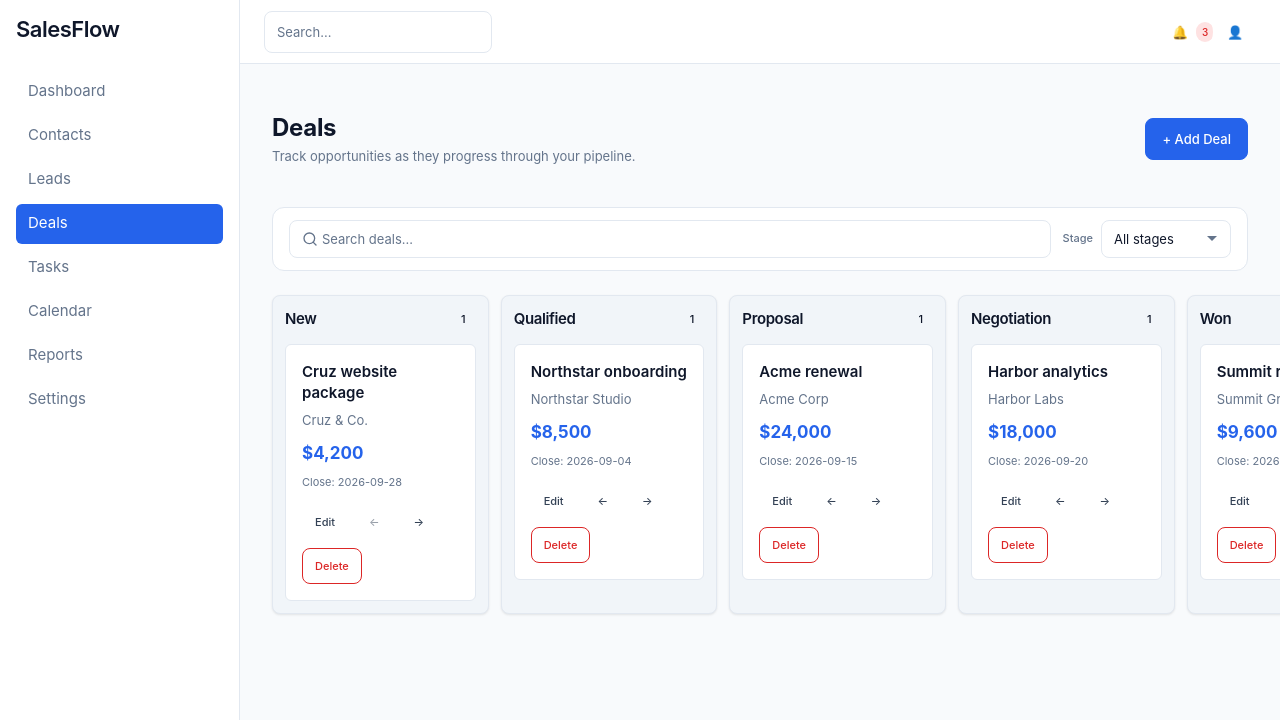
Repository: lawrencegonzaga-dev/salesflow-crm
Page: /deals
An editor plug-in stored every save of this project. The page is shown before and after the next save, followed by the edit.
The browser window is 1280 px wide. The pictures show the whole page.
The project was rebuilt for these pictures with package versions that can differ from the ones it lists, and the page was loaded fresh each time. Also part of the build but not shown: vite.config.js, src/components/StatCard.jsx, src/components/DashboardLeads.jsx, src/components/DashboardDeals.jsx, src/components/DashboardTasks.jsx, src/components/RecentActivity.jsx, src/pages/Dashboard.jsx, src/components/ContactForm.jsx and 25 more.

Above is the page before, as saved 2026-08-18 00:19:10.

### index.html
<!doctype html>
<html lang="en">
  <head>
    <meta charset="UTF-8" />
    <link rel="icon" type="image/svg+xml" href="/favicon.svg" />
    <meta name="viewport" content="width=device-width, initial-scale=1.0" />
    <title>salesflow-crm</title>
  </head>
  <body>
    <div id="root"></div>
    <script type="module" src="/src/main.jsx"></script>
  </body>
</html>

### src/main.jsx
/* ========================================================= */
/* FILE: src/main.jsx */
/* ========================================================= */

import { StrictMode } from 'react';
import { createRoot } from 'react-dom/client';

import "./styles/main.css";
import App from './App.jsx';
import { CRMProvider } from "./context/CRMContext.jsx";

createRoot(document.getElementById('root')).render(
    <StrictMode>
        <CRMProvider>
            <App />
        </CRMProvider>
    </StrictMode>,
);

### src/styles/main.css
@import "./reset.css";
@import "./variables.css";
@import "./base.css";
@import "./layout.css";
@import "./utilities.css";

@import "./components/sidebar.css";
@import "./components/header.css";
@import "./components/toolbar.css";
@import "./components/button.css";
@import "./components/form.css";
@import "./components/card.css";
@import "./components/badge.css";
@import "./components/table.css";
@import "./components/modal.css";
@import "./components/kanban.css";
@import "./components/calendar.css";
@import "./components/leads.css";
@import "./crm.css";

/* main.css */

### src/App.jsx
/* ========================================================= */
/* FILE: src/App.jsx */
/* ========================================================= */

import { BrowserRouter, Routes, Route } from "react-router-dom";

import Dashboard from "./pages/Dashboard";
import Contacts from "./pages/Contacts";
import Leads from "./pages/Leads";
import Deals from "./pages/Deals";
import Tasks from "./pages/Tasks";
import Calendar from "./pages/Calendar";
import Reports from "./pages/Reports";
import Settings from "./pages/Settings";
import AppLayout from "./layouts/AppLayout";

function App() {
    return (
        <BrowserRouter>
            <Routes>
                <Route element={<AppLayout />}>
                    <Route path="/" element={<Dashboard />} />
                    <Route path="/dashboard" element={<Dashboard />} />
                    <Route path="/contacts" element={<Contacts />} />
                    <Route path="/leads" element={<Leads />} />
                    <Route path="/deals" element={<Deals />} />
                    <Route path="/tasks" element={<Tasks />} />
                    <Route path="/calendar" element={<Calendar />} />
                    <Route path="/reports" element={<Reports />} />
                    <Route path="/settings" element={<Settings />} />
                </Route>
            </Routes>
        </BrowserRouter>
    );
}

export default App;

### src/styles/reset.css
*,
*::before,
*::after {
  box-sizing: border-box;
}

html {
  -webkit-text-size-adjust: 100%;
}

body {
  margin: 0;
  background: var(--color-page);
  color: var(--color-text);
  font-family: var(--font-family);
  font-size: 16px;
  line-height: 1.5;

  -webkit-font-smoothing: antialiased;
  text-rendering: optimizeLegibility;
}

#root {
  min-height: 100vh;
}

h1, h2, h3, h4, h5, h6, p {
  margin: 0;
}

img, svg, video {
  display: block;
  max-width: 100%;
}

a {
  color: inherit;
}

### src/styles/utilities.css
.container {
  width: min(100%, var(--content-max-width));
  margin-inline: auto;
}

.visually-hidden {
  position: absolute;
  width: 1px;
  height: 1px;
  padding: 0;
  margin: -1px;
  overflow: hidden;
  clip: rect(0, 0, 0, 0);
  white-space: nowrap;
  border: 0;
}

### src/styles/components/sidebar.css
.app-sidebar {
  width: var(--sidebar-width);
  height: 100vh;

  padding: var(--sidebar-padding);

  display: flex;
  flex-direction: column;

  background: var(--color-surface);
  border-right: 1px solid var(--color-border);
  color: var(--color-text);
}

.app-sidebar h2 {
  margin: 0 0 28px;
  font-size: 22px;
  letter-spacing: -.5px;
}

.sidebar-nav {
  display: flex;
  flex-direction: column;
  gap: 4px;

  overflow-y: auto;
}

.sidebar-nav_item {
  min-height: var(--nav-item-height);

  display: flex;
  align-items: center;

  padding: var(--nav-item-padding);
  gap: var(--nav-item-gap);

  color: var(--color-text-muted);
  text-decoration: none;
  border-radius: var(--radius-sm);

  transition: background var(--transition-fast), color var(--transition-fast);
}

.sidebar-nav_item:hover {
  background: var(--color-surface-muted);
  color: var(--color-text);
}

.sidebar-nav_item.active {
  background: var(--color-action);
  color: white;
}

### src/styles/components/header.css
.app-header {
  height: var(--header-height);

  display: flex;
  align-items: center;
  justify-content: space-between;

  padding: var(--header-padding);

  background: var(--color-surface);
  border-bottom: 1px solid var(--color-border);
  color: var(--color-text);
}

.app-header_left,
.app-header_right {
  display: flex;
  align-items: center;
  gap: var(--header-item-gap);
}

.menu-button {
  display: none;
}

@media (max-width: 768px) {
  .app-header {
    padding: 0 16px;
  }

  .app-header_right {
    display: none;
  }

  .menu-button {
    display: inline-grid;
    width: 40px;
    height: 40px;
    place-items: center;
    padding: 0;
    font-size: 20px;
    border-radius: var(--radius-sm);
  }
}
/* header.css */

### src/styles/components/toolbar.css
/* ========================================================= */
/* FILE: src/styles/components/toolbar.css */
/* ========================================================= */

.toolbar {
  display: flex;
  flex-wrap: wrap;
  align-items: center;
  gap: var(--space-3);
  padding: var(--space-3) var(--space-4);
  background: var(--color-surface);
  border: 1px solid var(--color-border);
  border-radius: var(--radius-lg);
}

.toolbar .search-field {
  flex: 1 1 260px;
  min-width: 160px;
}

.toolbar .search-field input {
  min-height: 38px;
  height: 38px;
  padding-left: var(--space-8);
  background-image: url("data:[embedded picture, 278 characters]");
  background-repeat: no-repeat;
  background-position: var(--space-3) center;
  background-size: 16px;
}

.toolbar .filter-group {
  display: flex;
  align-items: center;
  gap: var(--space-2);
}

.toolbar .filter-group label {
  font-size: var(--text-xs);
  font-weight: var(--font-weight-medium);
  color: var(--color-text-muted);
  white-space: nowrap;
}

.toolbar select {
  min-height: 38px;
  height: 38px;
  min-width: 130px;
}

/* ================================
   TOOLBAR VARIANTS
   ================================ */

.toolbar--compact {
  padding: var(--space-2) var(--space-3);
  gap: var(--space-2);
}

.toolbar--compact select {
  min-height: 34px;
  height: 34px;
  min-width: 110px;
  font-size: var(--text-xs);
}

.toolbar--compact .search-field input {
  min-height: 34px;
  height: 34px;
  font-size: var(--text-xs);
}

/* ================================
   PAGE TOOLBAR
   ================================ */

.page-toolbar {
  display: flex;
  align-items: center;
  justify-content: space-between;
  gap: var(--space-4);
  flex-wrap: wrap;
}

.page-toolbar-left,
.page-toolbar-right {
  display: flex;
  align-items: center;
  gap: var(--space-3);
  flex-wrap: wrap;
}

/* ================================
   RESPONSIVE
   ================================ */

@media (max-width: 768px) {
  .toolbar {
    flex-direction: column;
    align-items: stretch;
  }

  .toolbar .search-field {
    flex: 1 1 auto;
    min-width: auto;
  }

  .toolbar .filter-group {
    flex-wrap: wrap;
  }

  .toolbar select {
    flex: 1 1 auto;
    min-width: auto;
  }

  .page-toolbar {
    flex-direction: column;
    align-items: stretch;
  }

  .page-toolbar-left,
  .page-toolbar-right {
    flex-wrap: wrap;
  }
}

/* toolbar.css */

### src/styles/components/card.css
.card,
.stat-card,
.kanban-column {
  background: var(--color-surface);
  border: 1px solid var(--color-border);
  border-radius: var(--radius-lg);
  box-shadow: var(--shadow-sm);
  transition: all var(--transition-base);
}

.card {
  padding: var(--card-padding);
}

.card:hover {
  box-shadow: var(--shadow-md);
}

.card--elevated {
  box-shadow: var(--shadow-md);
}

.card--elevated:hover {
  box-shadow: var(--shadow-lg);
}

.card--bordered {
  border-width: 2px;
}

.card--interactive {
  cursor: pointer;
}

.card--interactive:hover {
  border-color: var(--color-action);
  box-shadow: var(--shadow-md);
  transform: translateY(-2px);
}

.card-header,
.card_header {
  display: flex;
  align-items: flex-start;
  justify-content: space-between;
  gap: var(--space-4);
  margin-bottom: var(--space-4);
}

.card-header--center {
  align-items: center;
}

.card-title {
  font-size: var(--text-lg);
  font-weight: var(--font-weight-semibold);
  color: var(--color-text);
  margin: 0;
}

.card-subtitle {
  font-size: var(--text-sm);
  color: var(--color-text-muted);
  margin-top: var(--space-1);
}

.card-body,
.card_body {
  width: 100%;
}

.card-footer {
  display: flex;
  align-items: center;
  justify-content: flex-end;
  gap: var(--space-3);
  margin-top: var(--space-4);
  padding-top: var(--space-4);
  border-top: 1px solid var(--color-border);
}

.stat-card {
  display: grid;
  gap: var(--space-1);
  padding: var(--card-padding);
}

.stat-card:hover {
  box-shadow: var(--shadow-md);
}

.stat-card .stat-label {
  font-size: var(--text-sm);
  color: var(--color-text-muted);
  font-weight: var(--font-weight-medium);
}

.stat-card .stat-value {
  font-size: var(--text-3xl);
  font-weight: var(--font-weight-bold);
  color: var(--color-text);
  line-height: 1.2;
}

.stat-card .stat-detail {
  font-size: var(--text-sm);
  color: var(--color-text-muted);
}

.stat-card .stat-change {
  display: inline-flex;
  align-items: center;
  gap: var(--space-1);
  font-size: var(--text-sm);
  font-weight: var(--font-weight-medium);
  padding: var(--space-0-5) var(--space-2);
  border-radius: var(--radius-full);
}

.stat-card .stat-change--positive {
  color: var(--color-success);
  background: var(--color-success-light);
}

.stat-card .stat-change--negative {
  color: var(--color-danger);
  background: var(--color-danger-light);
}

@media (max-width: 768px) {
  .card {
    padding: var(--card-padding-sm);
  }

  .stat-card {
    padding: var(--card-padding-sm);
  }

  .stat-card .stat-value {
    font-size: var(--text-2xl);
  }

  .card-header {
    flex-direction: column;
    align-items: flex-start;
  }
}

### src/styles/components/badge.css
/* ========================================================= */
/* FILE: src/styles/components/badge.css */
/* ========================================================= */

.badge {
  display: inline-flex;
  align-items: center;
  gap: var(--space-1);
  min-height: 24px;
  padding: 0 var(--space-2-5);
  font-size: var(--text-xs);
  font-weight: var(--font-weight-medium);
  line-height: 1;
  border-radius: var(--radius-full);
  white-space: nowrap;
  transition: all var(--transition-fast);
}

/* ================================
   BADGE VARIANTS
   ================================ */

.badge--primary {
  color: var(--color-action);
  background: var(--color-action-light);
}

.badge--success {
  color: var(--color-success);
  background: var(--color-success-light);
}

.badge--warning {
  color: var(--color-warning);
  background: var(--color-warning-light);
}

.badge--danger {
  color: var(--color-danger);
  background: var(--color-danger-light);
}

.badge--info {
  color: var(--color-info);
  background: var(--color-info-light);
}

.badge--neutral {
  color: var(--color-text-muted);
  background: var(--color-surface-muted);
}

.badge--dark {
  color: var(--color-text-inverse);
  background: var(--color-text);
}

/* ================================
   BADGE SIZES
   ================================ */

.badge--sm {
  min-height: 20px;
  padding: 0 var(--space-1-5);
  font-size: 10px;
}

.badge--lg {
  min-height: 28px;
  padding: 0 var(--space-3-5);
  font-size: var(--text-sm);
}

/* ================================
   DOT BADGE
   ================================ */

.badge--dot {
  padding-left: var(--space-1-5);
}

.badge--dot::before {
  content: "";
  display: inline-block;
  width: 6px;
  height: 6px;
  border-radius: 50%;
  margin-right: var(--space-1);
}

.badge--primary.badge--dot::before {
  background: var(--color-action);
}

.badge--success.badge--dot::before {
  background: var(--color-success);
}

.badge--warning.badge--dot::before {
  background: var(--color-warning);
}

.badge--danger.badge--dot::before {
  background: var(--color-danger);
}

/* ================================
   BADGE WITH COUNT
   ================================ */

.badge--count {
  min-width: 24px;
  justify-content: center;
  padding: 0 var(--space-1-5);
  border-radius: var(--radius-full);
  font-size: var(--text-xs);
  font-weight: var(--font-weight-bold);
}

/* badge.css */

### src/styles/components/kanban.css
/* Canonical kanban board + deal card styles.
   This file is the single source of truth for these selectors —
   they were previously duplicated (with conflicting values) in
   the page-specific stylesheet. */

.kanban-board {
  display: grid;
  grid-template-columns: repeat(6, minmax(0, 1fr));
  gap: 12px;

  width: 100%;
  min-width: 1360px;


  padding-bottom: 8px;
}

.kanban-column {
  min-width: 0px;
  padding: 12px;

  background: var(--color-surface-muted);
  border-radius: var(--radius-md);
}

.kanban-column_header {
  display: flex;
  align-items: center;
  justify-content: space-between;

  gap: 12px;
  margin-bottom: 12px;
}

.kanban-column_header h2 {
  margin: 0;
  font-size: var(--text-base);
}

.kanban-column_body {
  display: flex;
  flex-direction: column;
  gap: 12px;

  min-height: 120px;
}

.deal-card {
  display: grid;
  gap: 8px;

  padding: 16px;

  background: var(--color-surface);
  border: 1px solid var(--color-border);
  border-radius: var(--radius-sm);

  transition: box-shadow var(--transition-fast);
}

.deal-card:hover {
  box-shadow: var(--shadow-sm);
}

.deal-card h3 {
  margin: 0;
  font-size: var(--text-base);
  line-height: 1.4;
}

.deal-card p {
  margin: 0;
  color: var(--color-text-muted);
  font-size: var(--text-sm);
  line-height: 1.5;
}

.deal-card strong {
  margin-top: 4px;
  color: var(--color-action);
  font-size: var(--text-lg);
  line-height: 1.4;
}

.deal-card small {
  color: var(--color-text-muted);
  font-size: var(--text-xs);
  line-height: 1.5;
}

.deal-card .row-actions {
  display: flex;
  flex-wrap: wrap;
  align-items: center;
  gap: 8px;

  margin-top: 6px;
}

.deal-card .row-actions button {
  min-height: 36px;
  padding: 8px 12px;
  white-space: nowrap;
}

.deal-card .button--danger {
  color: var(--color-danger);
}

.kanban-empty {
  margin: 8px 0;

  padding: 20px;

  border: 1px dashed var(--color-border);
  border-radius: var(--radius-md);

  color: var(--color-text-muted);
  font-size: var(--text-sm);
  text-align: center;
}

@media (max-width: 768px) {
  .kanban-board {
    grid-template-columns: repeat(6, minmax(220px, 1fr));
    gap: 16px;
  }

  .kanban-column {
    min-width: 220px;
  }

  .deal-card {
    padding: 14px;
  }
}

### src/styles/components/calendar.css
.calendar {
  width: 100%;
  min-width: 700px;
  border: 1px solid var(--color-border);
  border-radius: var(--radius-md);
  overflow: hidden;
}

.calendar_header {
  min-height: 48px;
  display: grid;
  grid-template-columns: repeat(7, 1fr);

  border: 1px solid var(--color-border);
}

.calendar_day-name {
  min-height: 48px;

  display: flex;
  align-items: center;
  justify-content: center;

  padding-inline: 8px;

  font-size: 12px;
  font-weight: 600;
  color: var(--color-text-muted);
}

.calendar_grid {
  display: grid;
  grid-template-columns: repeat(7, 1fr);
}

.calendar_day {
  min-height: 100px;
  padding: 8px;

  border-right: 1px solid var(--color-border);
  border-left: 1px solid var(--color-border);
  border-bottom: 1px solid var(--color-border);

  transition: background var(--transition-fast);
}

.calendar_day:hover {
  background: var(--color-surface-muted);
}

.calendar_date {
  font-size: 14px;
}

.calendar-toolbar {
  display: flex;
  align-items: center;
  justify-content: space-between;
  gap: 16px;
}

.calendar-toolbar__actions {
  display: flex;
  flex-wrap: wrap;
  align-items: center;
  gap: 8px;
}

.calendar-month {
  min-width: 150px;
  text-align: center;
}

.calendar_day--outside {
  background: var(--color-surface-muted);
  color: var(--color-text-muted);
}

.calendar_day--today .calendar_date {
  display: inline-grid;
  width: 24px;
  height: 24px;
  place-items: center;
  color: #fff;
  background: var(--color-action);
  border-radius: 50%;
}

.calendar_day-events {
  display: grid;
  gap: 4px;
  margin-top: 7px;
}

.calendar-event {
  display: flex;
  overflow: hidden;
  align-items: center;
  border-radius: 4px;
  font-size: 11px;
}

.calendar-event__title {
  flex: 1;
  min-width: 0;
  height: auto;
  padding: 3px 5px;
  overflow: hidden;
  text-align: left;
  text-overflow: ellipsis;
  white-space: nowrap;
  border: 0;
  border-radius: 0;
}

.calendar-event__delete {
  min-height: 20px;
  padding: 0 4px;
  border: 0;
  border-radius: 0;
}

.calendar-event__delete:hover {
  color: var(--color-danger);
}

.calendar-event--task {
  background: color-mix(in srgb, var(--color-action) 20%, white);
}

.calendar-event--deal {
  background: color-mix(in srgb, var(--color-success) 20%, white);
}

.calendar-event--event {
  background: color-mix(in srgb, #a855f7 20%, white);
}

@media (max-width: 768px) {
  .calendar-toolbar {
    align-items: flex-start;
    flex-direction: column;
  }

  .calendar {
    overflow-x: auto;
  }
}

### src/styles/components/leads.css
.lead-pipeline {
  display: grid;
  grid-template-columns: repeat(6, minmax(190px, 1fr));
  gap: 12px;
  overflow-x: auto;
  padding: 4px 0 16px;
}

.lead-pipeline__stage {
  min-width: 190px;
  background: var(--color-surface-muted);
  border: 1px solid var(--color-border);
  border-radius: var(--radius-md);
  padding: 12px;
   min-height: 200px;
}

.lead-pipeline__stage header {
  display: flex;
  align-items: center;
  justify-content: space-between;
}

.lead-pipeline__stage h2 {
  font-size: 15px;
  margin: 0;
}

.lead-pipeline__stage header span {
  border-radius: var(--radius-full);
  background: var(--color-border);
  padding: 2px 8px;
  font-size: 12px;
}

.lead-pipeline__items {
  display: grid;
  gap: 8px;
  margin-top: 12px;
}

.lead-pipeline__card {
  display: block;
  width: 100%;
  text-align: left;
  padding: 12px;
  min-height: 90px;
  background: var(--color-surface);
  border: 1px solid var(--color-border);
  border-radius: var(--radius-sm);
  cursor: pointer;
  color: inherit;
  transition: border-color var(--transition-fast);
}

.lead-pipeline__card:hover,
.lead-pipeline__card:focus-visible {
  border-color: var(--color-action);
  outline: none;
}

.lead-pipeline__card h3 {
  margin: 0 0 4px;
  font-size: 14px;
}

.lead-pipeline__card p {
  font-size: 12px;
  margin: 2px 0;
  color: var(--color-text-muted);
}

.lead-table-wrap {
  overflow-x: auto;
}

.lead-table__empty {
  padding: 32px;
  text-align: center;
  color: var(--color-text-muted);
}

.lead-stage {
  display: inline-block;
  border-radius: var(--radius-full);
  background: color-mix(in srgb, var(--color-action) 12%, transparent);
  color: var(--color-action);
  padding: 2px 8px;
  font-size: 12px;
}
/* leads.css */

### src/layouts/AppLayout.jsx
/* ========================================================= */
/* FILE: src/layouts/AppLayout.jsx */
/* ========================================================= */

import { useState } from "react";
import { Outlet } from "react-router-dom";

import Sidebar from "../components/Sidebar";
import Header from "../components/Header";

function AppLayout() {
    const [isNavigationOpen, setIsNavigationOpen] = useState(false);

    return (
        <div className="app-layout">
            <Sidebar
                isOpen={isNavigationOpen}
                onNavigate={() => setIsNavigationOpen(false)}
            />

            <Header
                isNavigationOpen={isNavigationOpen}
                onMenuToggle={() => setIsNavigationOpen((isOpen) => !isOpen)}
            />

            <main className="app-main">
                <div className="app-main-content">
                    <Outlet />
                </div>
            </main>

            {isNavigationOpen && (
                <button
                    className="navigation-backdrop"
                    type="button"
                    aria-label="Close navigation"
                    onClick={() => setIsNavigationOpen(false)}
                />
            )}
        </div>
    );
}

export default AppLayout;

### src/components/Sidebar.jsx
import { NavLink } from "react-router-dom";
import navigation from "../data/navigation";

function Sidebar({ isOpen, onNavigate }) {
    return (
        <aside className={`app-sidebar ${isOpen ? "app-sidebar--open" : ""}`}>
            <h2>SalesFlow</h2>

            <nav className="sidebar-nav">
                {navigation.map((item) => (
                    <NavLink
                        key={item.path}
                        to={item.path}
                        className="sidebar-nav_item"
                        onClick={onNavigate}
                    >
                        {item.label}
                    </NavLink>
                ))}
            </nav>
        </aside>
    );
}

export default Sidebar;

### src/components/Header.jsx
/* ========================================================= */
/* FILE: src/components/Header.jsx */
/* ========================================================= */

import { useState } from "react";

function Header({ isNavigationOpen, onMenuToggle }) {
    const [searchQuery, setSearchQuery] = useState("");

    return (
        <header className="app-header">
            <div className="app-header-left">
                <button
                    className="menu-button"
                    type="button"
                    aria-label="Toggle navigation"
                    aria-expanded={isNavigationOpen}
                    onClick={onMenuToggle}
                >
                    ☰
                </button>

                <div className="header-search">
                    <input
                        type="text"
                        placeholder="Search..."
                        value={searchQuery}
                        onChange={(e) => setSearchQuery(e.target.value)}
                        className="header-search-input"
                    />
                </div>
            </div>

            <div className="app-header-right">
                <button className="button button--ghost button--icon" aria-label="Notifications">
                    🔔
                    <span className="badge badge--danger badge--sm">3</span>
                </button>
                <button className="button button--ghost button--icon" aria-label="Profile">
                    👤
                </button>
            </div>
        </header>
    );
}

export default Header;

Loaded but not shown: src/data/navigation.js (48 lines, source omitted); src/pages/Deals.jsx (198 lines, source omitted); src/styles/crm.css (441 lines, source omitted); src/context/CRMContext.jsx (129 lines, source omitted); src/styles/variables.css (230 lines, source omitted); src/styles/components/form.css (194 lines, source omitted); src/styles/layout.css (206 lines, source omitted); src/styles/components/button.css (158 lines, source omitted); src/styles/components/table.css (162 lines, source omitted); src/styles/components/modal.css (157 lines, source omitted); src/styles/base.css (167 lines, source omitted)

After the next save:
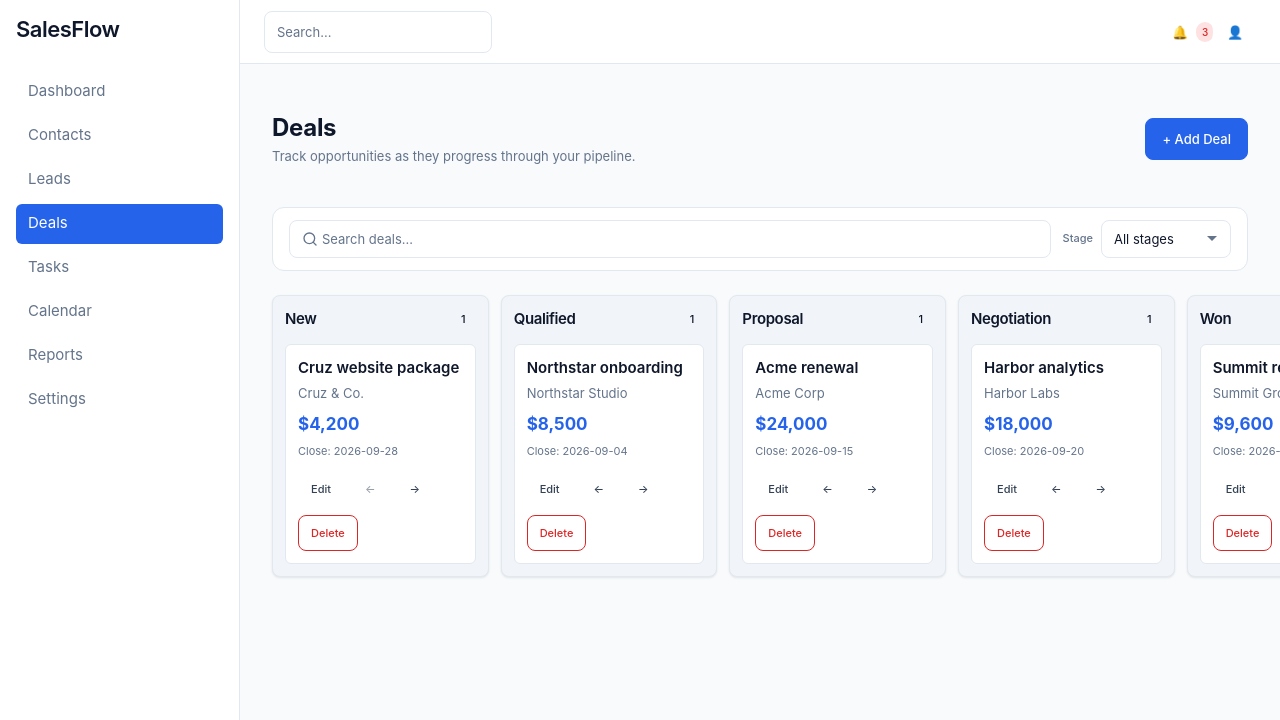
Saved 33 s later.
--- a/src/styles/components/kanban.css
+++ b/src/styles/components/kanban.css
@@ -47,9 +47,9 @@
 
 .deal-card {
   display: grid;
-  gap: 8px;
+  gap: 6px;
 
-  padding: 16px;
+  padding: 12px;
 
   background: var(--color-surface);
   border: 1px solid var(--color-border);
